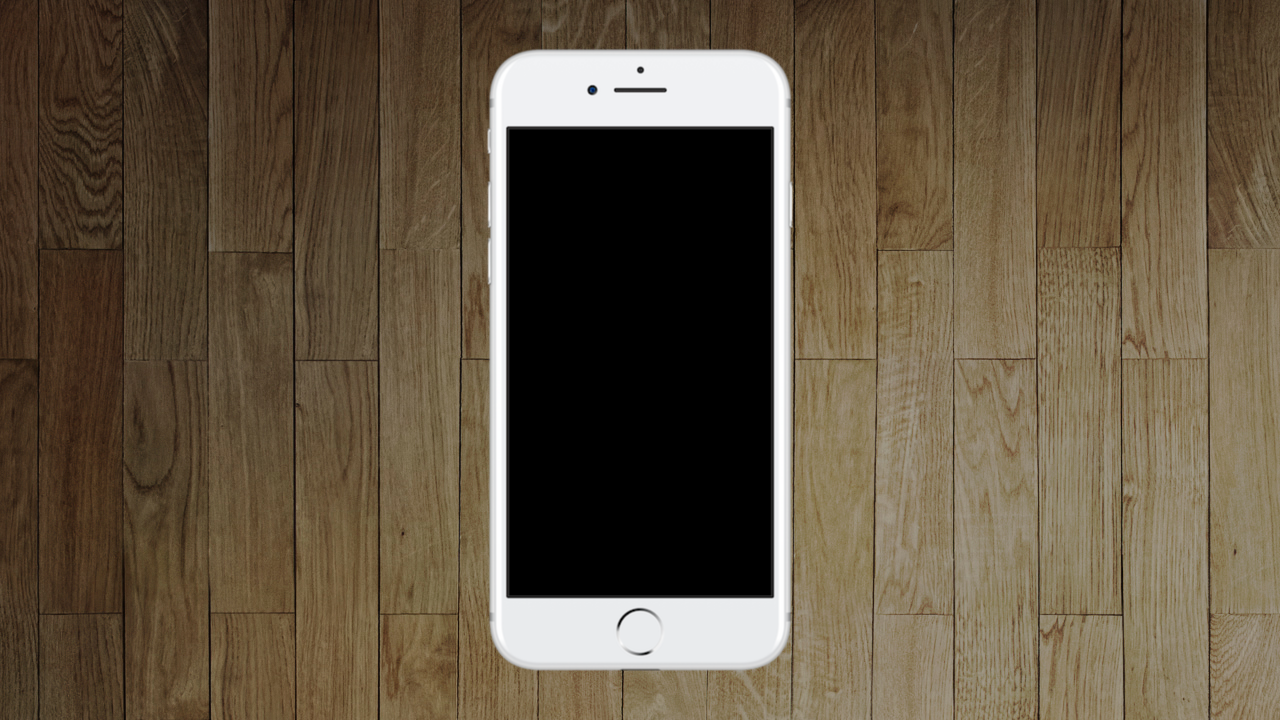
Repository: DorivalJunior14/Projeto-social
Page: index.html
The author's editor kept a copy of each file at every save. The page is drawn from the files as they stood at one save, then again after a run of saves.
The browser window is 1280 px wide. The pictures show the whole page.

Above is the page before, as saved 2022-06-24 14:31:31.

### index.html
<!DOCTYPE html>
<html lang="pt-br">
<head>
    <meta charset="UTF-8">
    <meta http-equiv="X-UA-Compatible" content="IE=edge">
    <meta name="viewport" content="width=device-width, initial-scale=1.0">
    <link rel="shortcut icon" href="favicon.ico" type="image/x-icon">
    <link rel="stylesheet" href="estilos/style.css">
    <title>Projeto redes sociais</title>

</head>
<body>
  <main>
    <section id="telefone">
    </section>
    <section id="redes-sociais">
    </section>
  </main>
</body>
</html>

### estilos/style.css
@charset "UTF-8";

*{
    margin: 0px;
    padding: 0px;
    font-family: Arial, Helvetica, sans-serif;
}

html, body {
    height: 100vh;
    width: 100vw;
    background-color: black;
}
body{
    background: url('../imagens/fundo-madeira.jpg') no-repeat;
}

main {
    position: relative;
    height: 100vh;

}

section#telefone {
    position: absolute;
    top: 50%;
    left: 50%;
    transform: translate(-50%,-50%);
    height: 627px;
    width: 311px;
    background: url('../imagens/frame-iphone.png') no-repeat;
    transform: translate(-50%,-50%);
    }

After the next 2 saves:
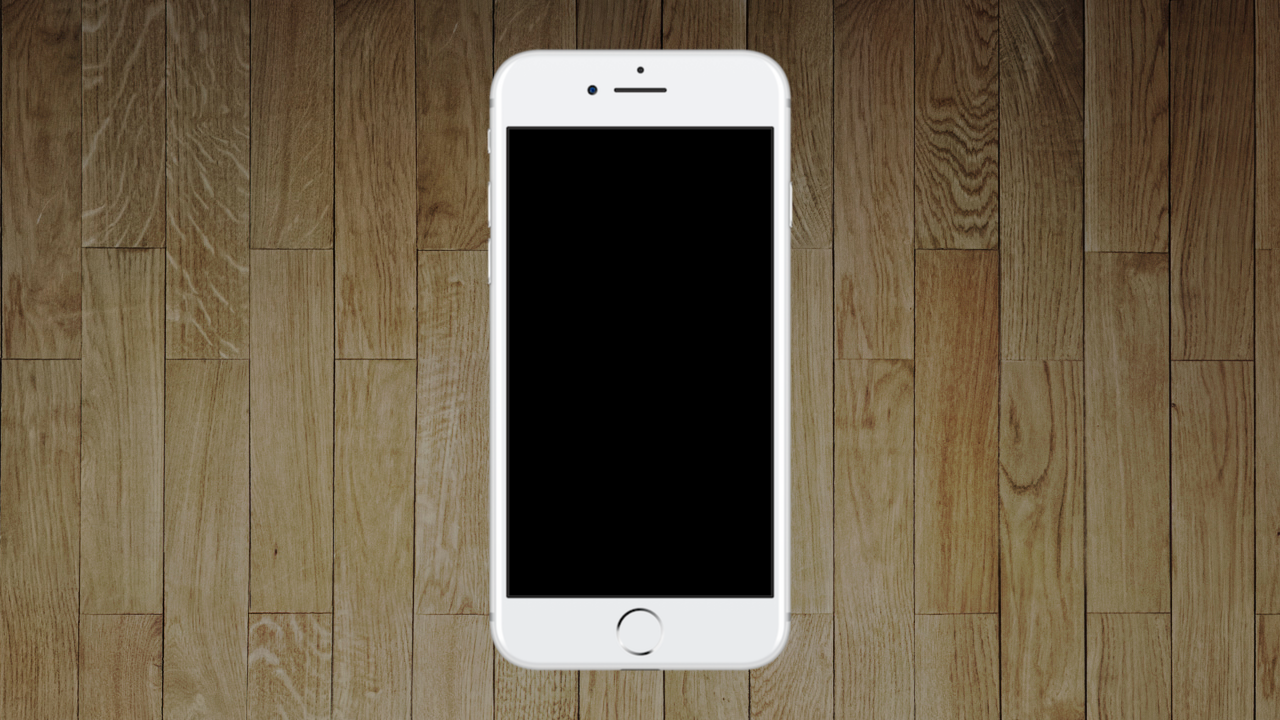
The 2 saves are shown as one change because they came seconds apart.
The last was saved 18 s later.
--- a/estilos/style.css
+++ b/estilos/style.css
@@ -12,7 +12,7 @@ html, body {
     background-color: black;
 }
 body{
-    background: url('../imagens/fundo-madeira.jpg') no-repeat;
+    background: url('../imagens/fundo-madeira.jpg') no-repeat top;
 }
 
 main {
